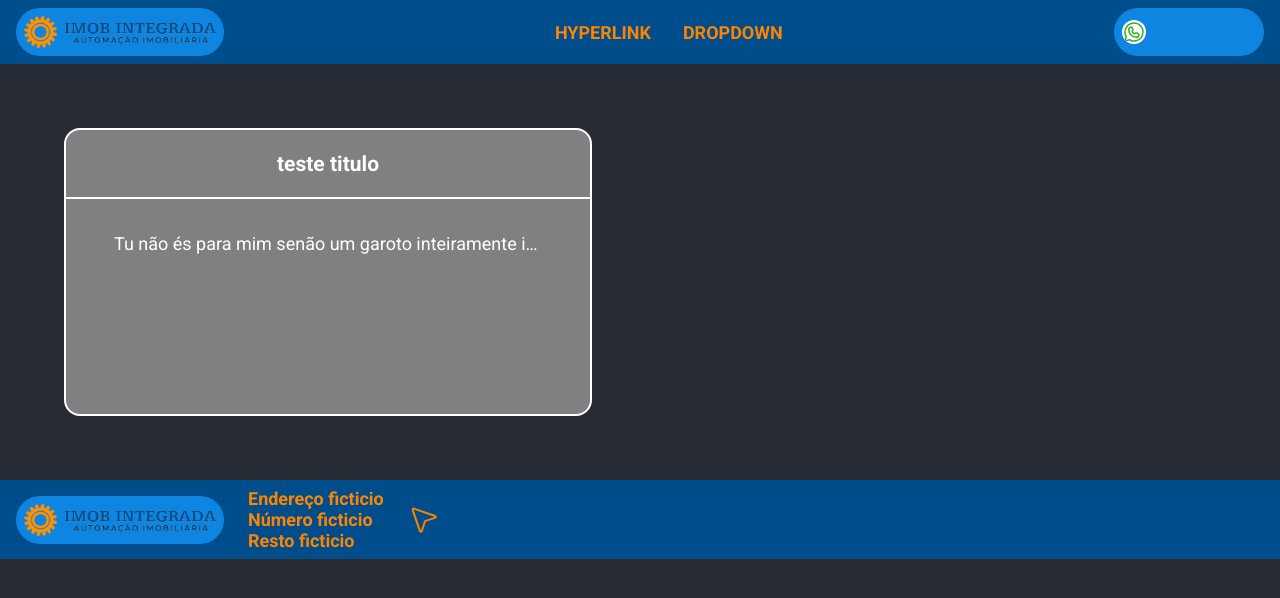
Repository: K0slov/testeAPI
Page: /
The author's editor kept a copy of each file at every save. The page is drawn from the files as they stood at one save, then again after the next save.
The browser window is 1280 px wide. The pictures show the whole page.
The project was rebuilt for these pictures with package versions that can differ from the ones it lists, and the page was loaded fresh each time. Also part of the build but not shown: vite.config.ts.

Above is the page before, as saved 2022-06-27 18:53:42.

### index.html
<!DOCTYPE html>
<html lang="en">
  <head>
    <meta charset="UTF-8" />
    <link rel="icon" type="image/svg+xml" href="/src/favicon.svg" />
    <meta name="viewport" content="width=device-width, initial-scale=1.0" />
    <link rel="preconnect" href="https://fonts.googleapis.com" />
    <link rel="preconnect" href="https://fonts.gstatic.com" crossorigin />
    <link href="https://fonts.googleapis.com/css2?family=Roboto:wght@400;500;700&display=swap" rel="stylesheet" />
    <title>Teste Imob</title>
  </head>
  <body>
    <div id="root"></div>
    <script type="module" src="/src/main.tsx"></script>
  </body>
</html>

### src/App.tsx
import { Card } from "./components/Card/card"
import { Footer } from "./components/Footer/footer"
import { Header } from "./components/Header/header"


function App() {
  return (
    <>
      <Header />
      <Card />
      <Footer />
    </>
  )
}

export default App

### src/styles/global.css
body {
  height: 100%;
  margin: 0;
  font-family: 'Roboto', sans-serif;
  font-size: 18px;
  -webkit-font-smoothing: antialiased;
  -moz-osx-font-smoothing: grayscale;
  background-color: #282c34;
  color: white;
}
code {
  font-family: source-code-pro, Menlo, Monaco, Consolas, 'Courier New',
    monospace;
}

### src/components/Card/card.tsx
import './style.modeule.css'

export function Card() {
    return (
        <div className="card">
            <div className='titulo'>
                <h3>teste titulo</h3>
            </div>
            <div className='conteudo'>
                <p>Tu não és para mim senão um garoto inteiramente igual a cem mil outros garotos. E eu não tenho necessidade de ti. E tu não tens também necessidade de mim. Não passo a teus olhos de uma raposa igual a cem mil outras raposas. Mas, se tu me cativas, nós teremos necessidade um do outro. Serás pra mim o único no mundo. E eu serei para ti a única no mundo…</p>
            </div>
        </div>
    )
}

### src/components/Footer/footer.tsx
import './style.modeule.css'
import image from '../../assets/logoLaranja.png'
import { NavigationArrow } from 'phosphor-react'

export function Footer() {
    return (
        <footer>
            <img src={image} />
            <a href='' target='_blank'>
                <div className='adress'>
                    <span>Endereço ficticio</span>
                    <span>Número ficticio</span>
                    <span>Resto ficticio</span>
                </div>
                <NavigationArrow size={32} />
            </a>
        </footer>
    )
}

### src/components/Header/header.tsx
import './style.modeule.css'
import image from '../../assets/logoLaranja.png'
import { WhatsappLogo } from "phosphor-react";

export function Header() {
    return(
        <header>
            <img src={image} />

            <nav className="menu">
                <a className="menu-item" href=" ">HYPERLINK</a>
                <a className="menu-item" href=" ">DROPDOWN</a>
            </nav>

            <a className="wppLink" href="">
                <div className="wpp">
                    <WhatsappLogo className="icon" size={24} color="#34af23" />
                    <p className="number">(27) 98856-9001</p>
                </div>
            </a>
        </header>
    )
}

### src/components/Card/style.modeule.css
.card {
    width: 33rem;
    height: 18rem;
    display: flex;
    border: 2px solid;
    border-radius: 1rem;
    border-color: white;
    flex-direction: column;
    background-color: gray;
    align-items: center;
    margin: 4rem;
    box-sizing: border-box;
}
.titulo {
    border-bottom: 2px solid;
    border-color: white;
    display: flex;
    width: 100%;
    height: auto;
    box-sizing: border-box;
    align-items: center;
    justify-content: center;
    }
.conteudo {
    padding: 1rem 3rem;
    display: flex;
    width: 100%;
    height: auto;
    box-sizing: border-box;
    align-items: center;
    justify-content: center;
}
p {
    max-width: 100ch;
    height: 100px;
    text-align: justify;
    overflow: hidden;
    text-overflow: ellipsis;
    white-space: nowrap;
}

### src/components/Footer/style.modeule.css
footer {
    width: 100%;
    padding: 0.5rem 1rem;
    background-color: #004d8b;
    display: flex;
    align-items: center;
    color: #fd8402;
    position: fixed;
}
img {
    width: 12rem;
    height: 2rem;
    background: #0e86e1;
    border-radius: 5rem;
    padding: 0.5rem;
}
.adress {
    display: flex;
    flex-direction: column;
    margin: 0rem 1.5rem;
}
a {
    text-decoration: none;
    color: #fd8402;
    font-weight: bold;
    display: flex;
    align-items: center;
    justify-content: flex-start;
}

### src/components/Header/style.modeule.css
header{
    padding: 0.5rem 1rem;
    background-color: #004d8b;
    display: flex;
    align-items: center;
    color: #fd8402;
    justify-content: space-between;
}
img{
    width: 12rem;
    height: 2rem;
    background: #0e86e1;
    border-radius: 5rem;
    padding: 0.5rem;
}
.wpp {
    width: auto;
    height: 2rem;
    display: flex;
    flex-direction: row;
    background: #0e86e1;
    border-radius: 5rem;
    padding: 0.5rem;
    align-items: center;
    justify-content: flex-start;
}
.number {
    margin-left: 0.2rem;
    font-size: 14px;
}
.wppLink {
    text-decoration: none;
    color: #fd8402;
    font-weight: bold;
}
.wppLink:hover {
    color: #0e86e1;
    transition-duration: 150ms;
}
.wpp:hover {
    background: #fd8402;
    transition-duration: 150ms;
}
.menu {
    display: flex;
    justify-content: space-between;
}

.menu-item {
    margin: 0rem 1rem;
    color: #fd8402;
    text-decoration: none;
}
.menu-item:hover {
    opacity: 40%;
}
.icon {
    background: white;
    border-radius: 50%;
}

Loaded but not shown: src/main.tsx (common file)

After the next save:
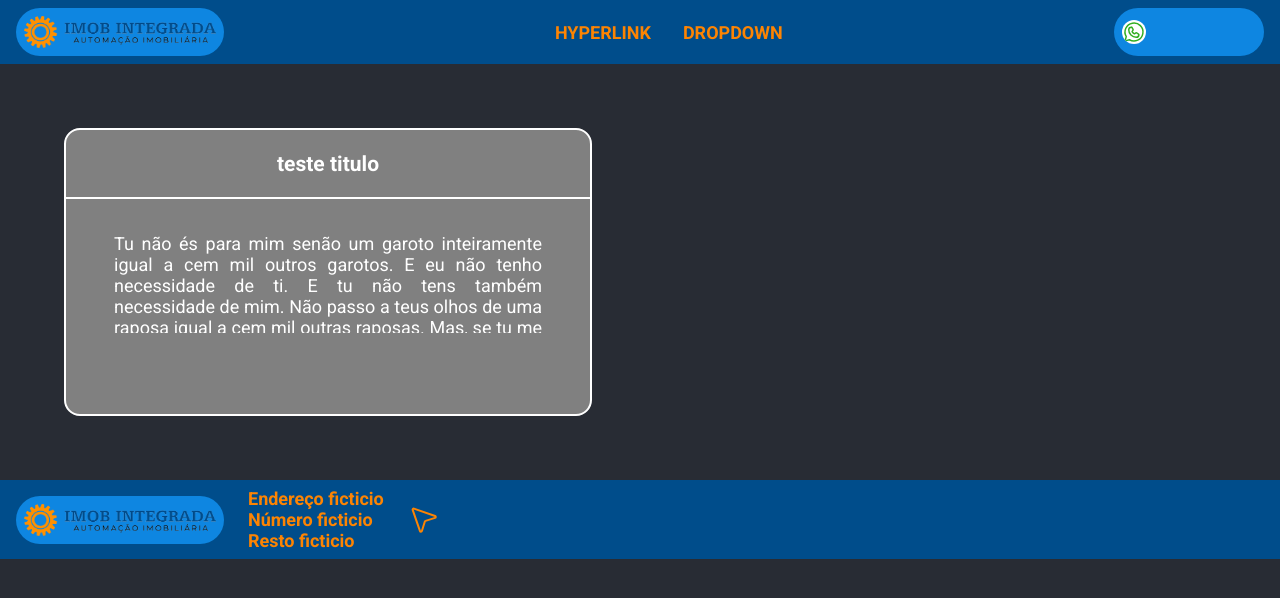
Saved 45 s later.
--- a/src/components/Card/style.modeule.css
+++ b/src/components/Card/style.modeule.css
@@ -36,5 +36,4 @@ p {
     text-align: justify;
     overflow: hidden;
     text-overflow: ellipsis;
-    white-space: nowrap;
 }
